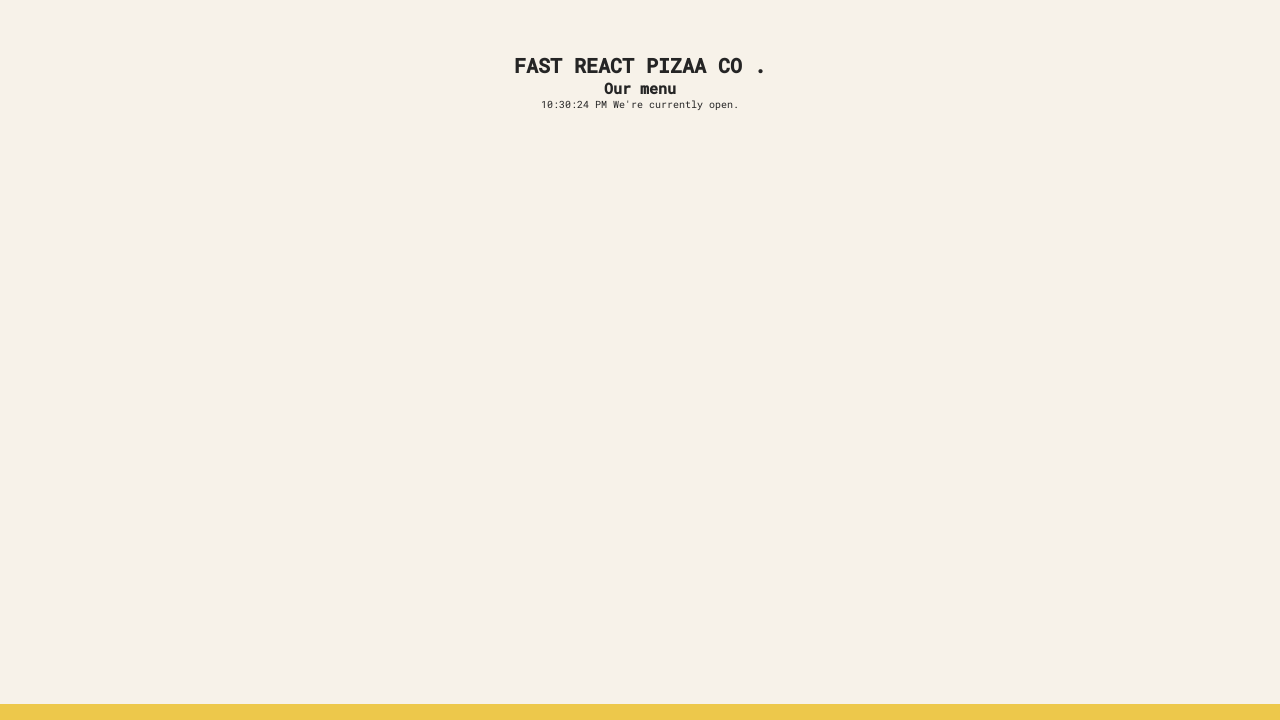
Repository: balaji-ummadisetty/reactPropsPractice
Page: /
An editor plug-in stored every save of this project. The page is shown before and after a run of saves, followed by the edit.
The browser window is 1280 px wide. The pictures show the whole page.
The project was rebuilt for these pictures with package versions that can differ from the ones it lists, and the page was loaded fresh each time. Also part of the build but not shown: vite.config.js.

Above is the page before, as saved 2024-05-08 22:36:13.

### src/App.jsx
import React from 'react';
// import reactLogo from './assets/react.svg';
// import viteLogo from './assets/vite.svg';
import './App.css';
import { pizzaData } from './data.js';

function Pizza() {

    return (
        <>
            <img src = "/pizzas/funghi.jpg" alt='Pizaa Image' />
            <h2>Pizza</h2>
        </>
    );
}

const Header= ()=>{
       return <h1>FAST REACT PIZAA CO .</h1>
}
const Menu =()=>{
    return (
        <div>
        <h2>Our menu</h2>
        </div>
    )
}
const Footer =()=>{
    const hour = new Date().getHours();
    const openHour = 12;
    const closeHour = 22;
    return <footer> {new Date().toLocaleTimeString()} We're currently {(hour>=openHour && hour<=closeHour) ? "open" : "close"}.</footer>

}
function App() {
    return (
        <div>
            <Header />
            <Menu />
            <Footer />
        </div>
    );
}

export default App;

### src/data.js
export const pizzaData = [
  {
    name: "Focaccia",
    ingredients: "Bread with italian olive oil and rosemary",
    price: 6,
    photoName: "pizzas/focaccia.jpg",
    soldOut: false,
  },
  {
    name: "Pizza Margherita",
    ingredients: "Tomato and mozarella",
    price: 10,
    photoName: "pizzas/margherita.jpg",
    soldOut: false,
  },
  {
    name: "Pizza Spinaci",
    ingredients: "Tomato, mozarella, spinach, and ricotta cheese",
    price: 12,
    photoName: "pizzas/spinaci.jpg",
    soldOut: false,
  },
  {
    name: "Pizza Funghi",
    ingredients: "Tomato, mozarella, mushrooms, and onion",
    price: 12,
    photoName: "pizzas/funghi.jpg",
    soldOut: false,
  },
  {
    name: "Pizza Salamino",
    ingredients: "Tomato, mozarella, and pepperoni",
    price: 15,
    photoName: "pizzas/salamino.jpg",
    soldOut: true,
  },
  {
    name: "Pizza Prosciutto",
    ingredients: "Tomato, mozarella, ham, aragula, and burrata cheese",
    price: 18,
    photoName: "pizzas/prosciutto.jpg",
    soldOut: false,
  },
];

Loaded but not shown: index.html (common file); src/main.jsx (common file); src/index.css (common file); src/App.css (common file)

After the next 10 saves:
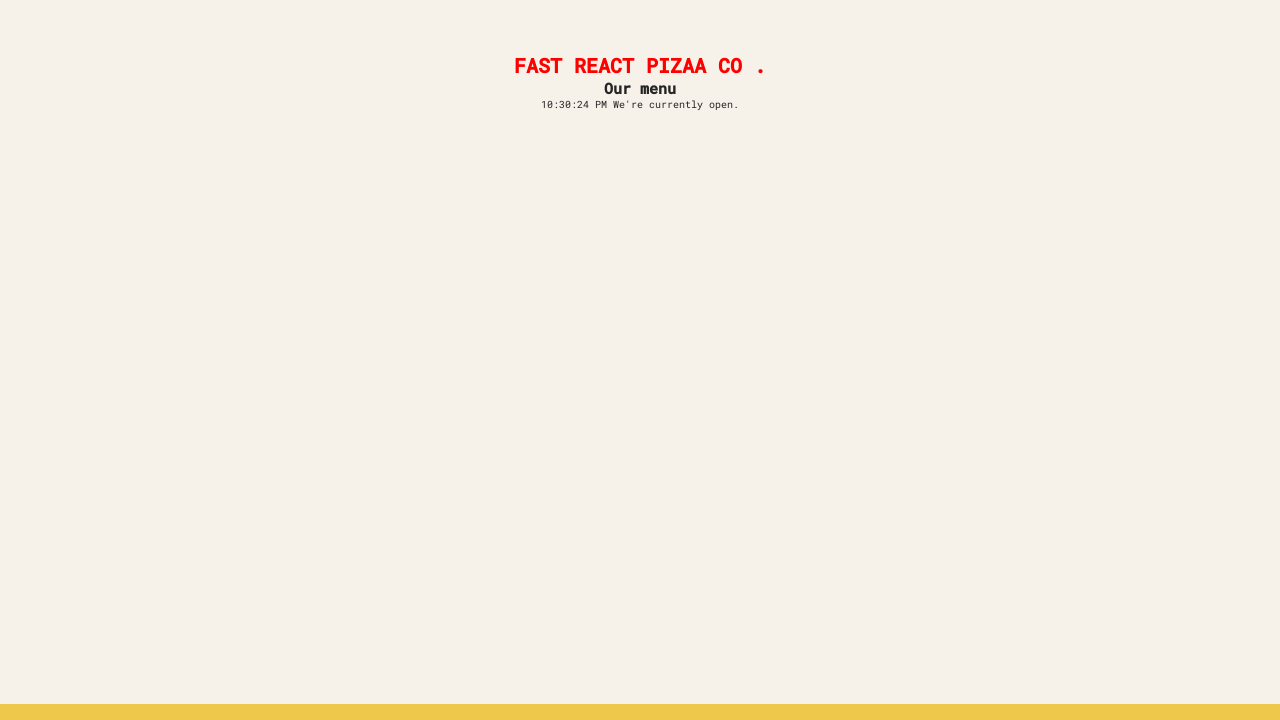
The 10 saves are shown as one change because they came seconds apart.
The last was saved 59 s later.
--- a/src/App.jsx
+++ b/src/App.jsx
@@ -15,7 +15,7 @@ function Pizza() {
 }
 
 const Header= ()=>{
-       return <h1>FAST REACT PIZAA CO .</h1>
+       return <h1 style={{color: 'red'}}>FAST REACT PIZAA CO .</h1>
 }
 const Menu =()=>{
     return (
